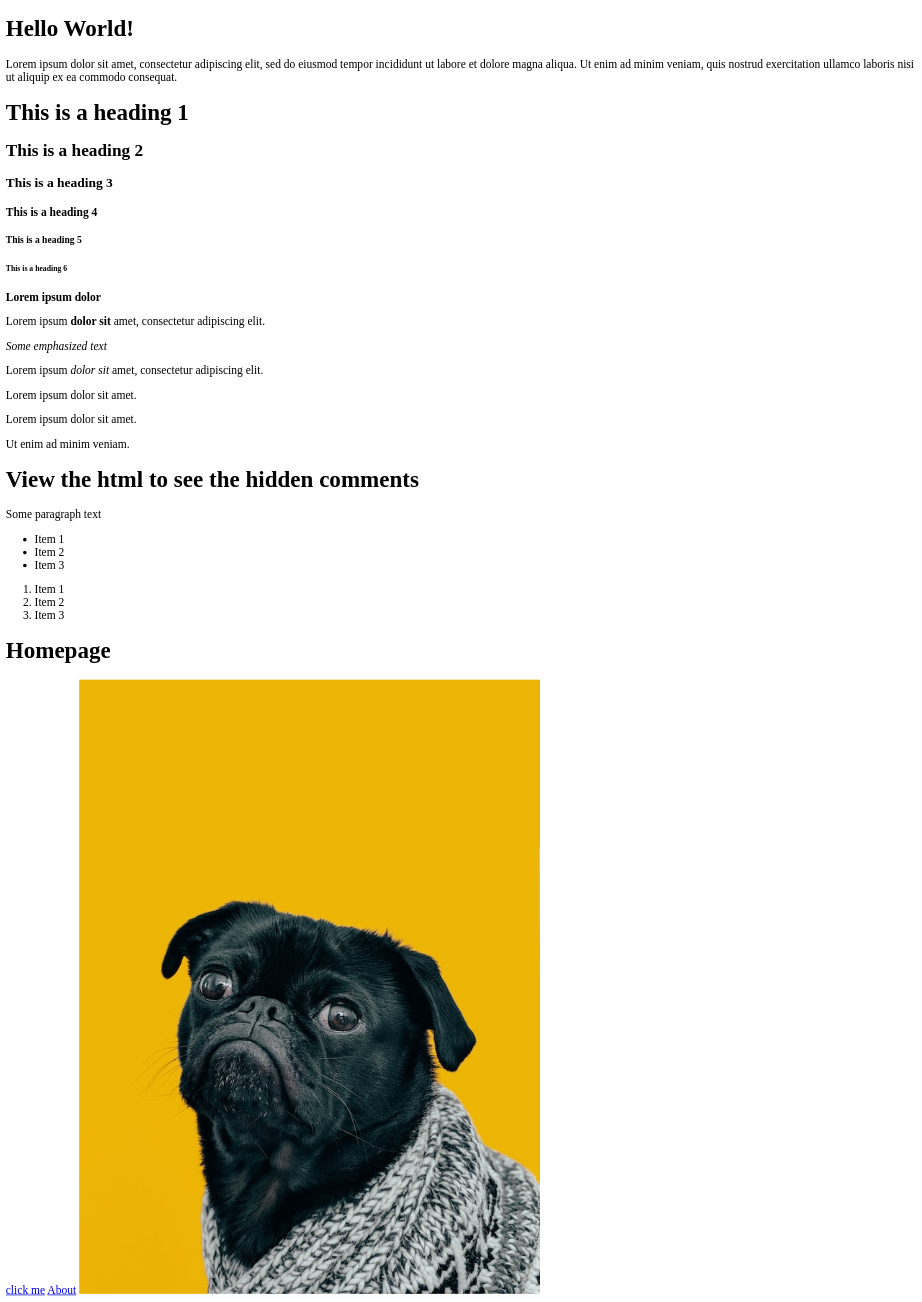
Repository: HeliosAI9/First-test-website
Page: mywebsite/html-boilerplate/index.html
The author's editor kept a copy of each file at every save. The page is drawn from the files as they stood at one save, then again after the next save.
The browser window is 1280 px wide. The pictures show the whole page, at 72% of full size.

Above is the page before, as saved 2023-05-19 01:10:59.

After the next save:
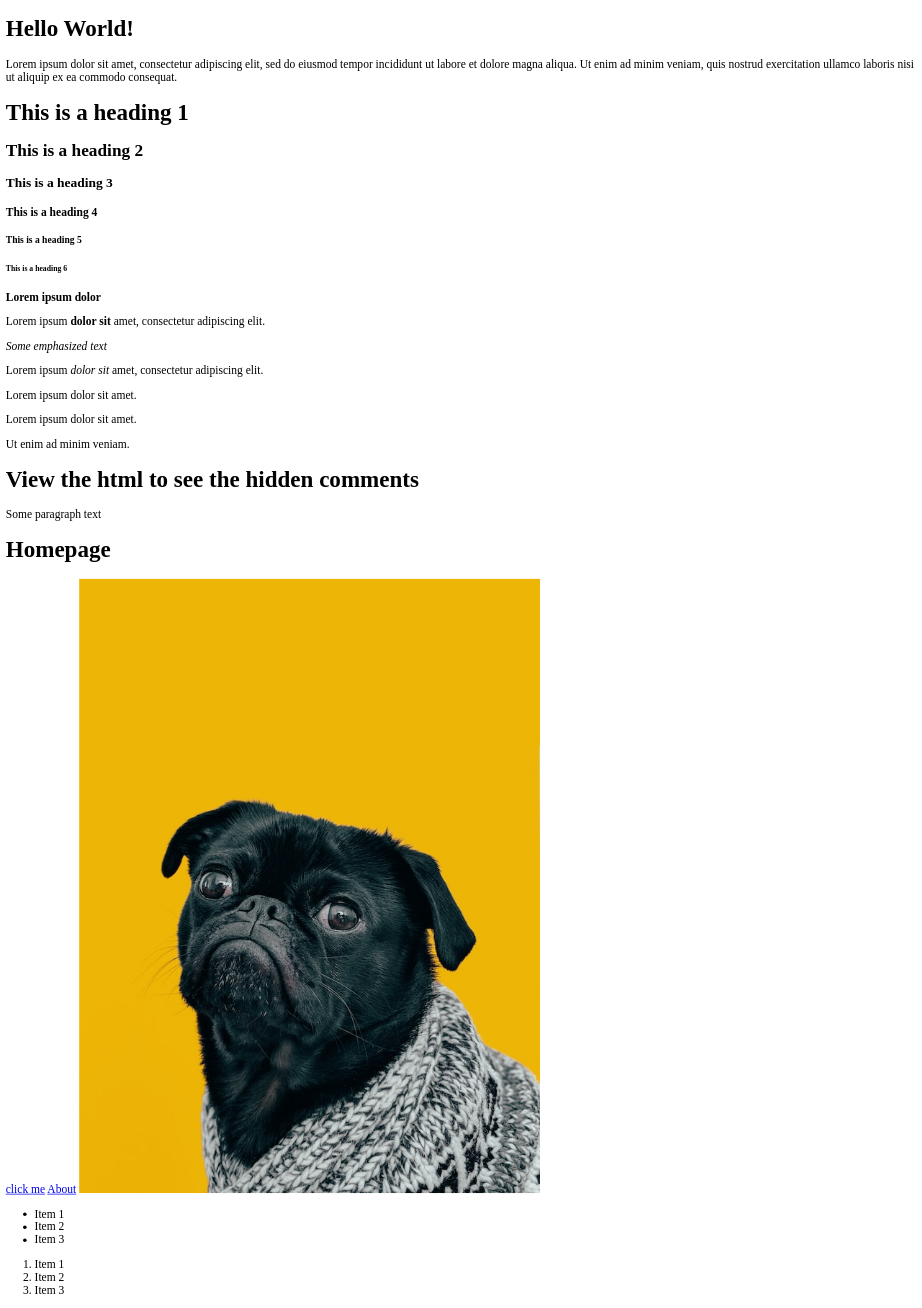
Saved 62 s later.
--- a/mywebsite/html-boilerplate/index.html
+++ b/mywebsite/html-boilerplate/index.html
@@ -44,6 +44,13 @@
 <p>Some paragraph text</p>
 
 <!-- I am another html comment -->
+
+<h1>Homepage</h1>
+<a href="https://www.theodinproject.com/about">click me</a>
+
+<a href="pages/about.html">About</a>
+
+<img src="images/dog.jpg">
   </body>
  </html>
 
@@ -59,12 +66,3 @@
  <li>Item 2</li>
  <li>Item 3</li>
 </ol>
-
-<body>
- <h1>Homepage</h1>
-  <a href="https://www.theodinproject.com/about">click me</a>
-
-	<a href="pages/about.html">About</a>
-
-  <img src="images/dog.jpg">
-</body>
